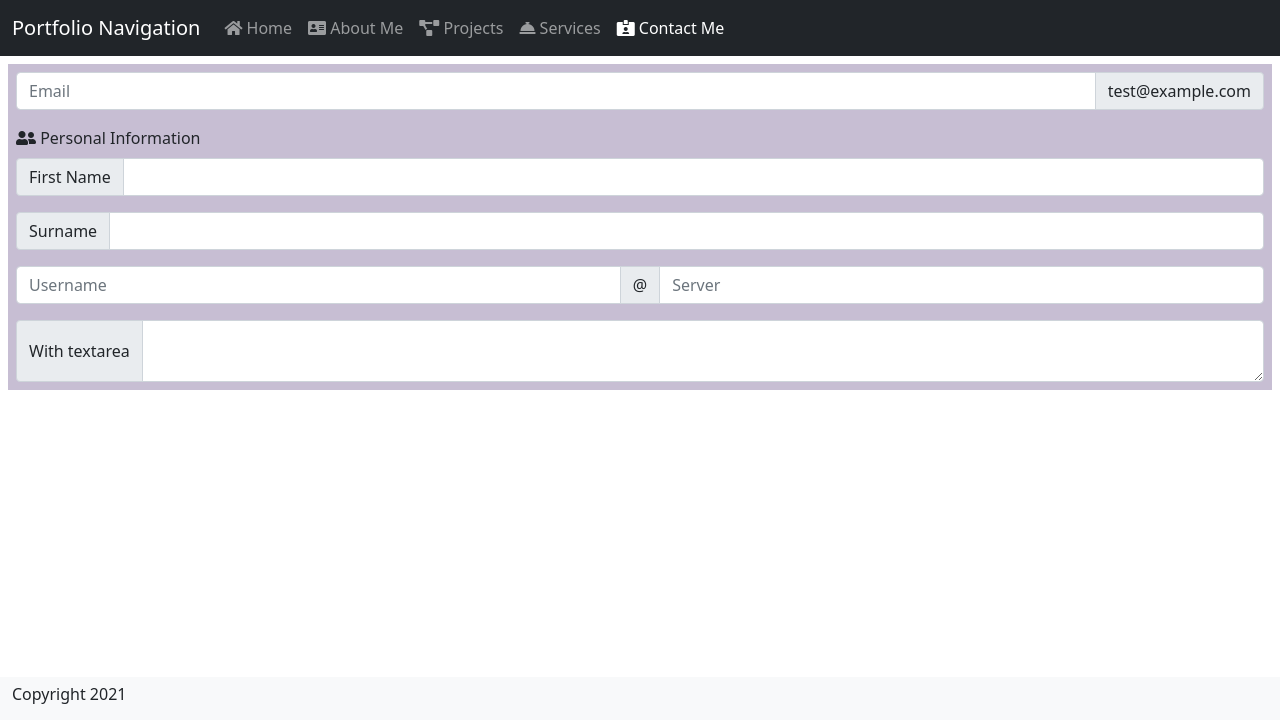
Repository: GarlicButterBoy/Portfolio
Page: contact.html
These files come from the project's save history. The page is drawn as it stood at one moment and after a run of saves; the edit follows.
The browser window is 1280 px wide. The page is 1284 px wide, so the pictures cover 1284 px, including what lies to the right of the window. The pictures show the whole page.

Above is the page before, as saved 2021-06-09 13:03:36.

### contact.html
<!DOCTYPE html>
<html lang="en">
<head>
    <meta charset="UTF-8">
    <meta http-equiv="X-UA-Compatible" content="IE=edge">
    <meta name="viewport" content="width=device-width, initial-scale=1.0">
    <title>Nick Sturch-Flint Portfolio</title>
    <link rel="stylesheet" href="./node_modules/bootstrap/dist/css/bootstrap.min.css">
    <link rel="stylesheet" href="./node_modules/@fortawesome/fontawesome-free/css/all.min.css">
    <link rel="stylesheet" href="./Content/app.css">
</head>
<body>
  <!-- Main Navigation -->
    <nav class="navbar navbar-expand-lg navbar-dark bg-dark">
        <div class="container-fluid">
          <a class="navbar-brand" href="#">Portfolio Navigation</a>
          <button class="navbar-toggler" type="button" data-bs-toggle="collapse" data-bs-target="#navbarNavAltMarkup" aria-controls="navbarNavAltMarkup" aria-expanded="false" aria-label="Toggle navigation">
            <span class="navbar-toggler-icon"></span>
          </button>
          <div class="collapse navbar-collapse" id="navbarNavAltMarkup">
            <div class="navbar-nav ml-auto">
              <a id="home" class="nav-link" aria-current="page" href="index.html"><i class="fas fa-home"></i> Home</a>
              <a id="about" class="nav-link" href="about.html"><i class="fas fa-address-card"></i> About Me</a>
              <a id="projects" class="nav-link" href="projects.html"><i class="fas fa-project-diagram"></i> Projects</a>
              <a id="services" class="nav-link" href="services.html"><i class="fas fa-concierge-bell"></i> Services</a>
              <a id="contact" class="nav-link" href="contact.html"><i class="fas fa-id-card-alt"></i> Contact Me</a>
            </div>
          </div>
        </div>
      </nav>
      <!-- End of Main Navigation -->

      <main class="containrer p-2">
        <div class="row">
          <div class="col">
            <div class="jumbotron p-2" id="contentArea">

              <div class="input-group mb-3">
                <input type="text" class="form-control" placeholder="Email" aria-label="Email" aria-describedby="basic-addon2">
                <span class="input-group-text" id="basic-addon2">test@example.com</span>
              </div>

              <label for="basic-url" class="form-label"><i class="fas fa-user-friends"></i> Personal Information</label>
              <div class="input-group mb-3">
                <span class="input-group-text" id="basic-addon3">First Name</span>
                <input type="text" class="form-control" id="basic-url" aria-describedby="basic-addon3">

              </div>

              <div class="input-group mb-3">
                <span class="input-group-text">Surname</span>
                <input type="text" class="form-control" aria-label="Surname">
              </div>

              <div class="input-group mb-3">
                <input type="text" class="form-control" placeholder="Username" aria-label="Username">
                <span class="input-group-text">@</span>
                <input type="text" class="form-control" placeholder="Server" aria-label="Server">
              </div>

              <div class="input-group">
                <span class="input-group-text">With textarea</span>
                <textarea class="form-control" aria-label="With textarea"></textarea>
              </div>
            </div>
          </div>
        </div>
      </main>


      <footer>
        <nav class="navbar fixed-bottom navbar-light bg-light">
          <div class="container-fluid">
            <h6>Copyright 2021</h6>
          </div>
        </nav>
      </footer>

      <!-- Third Party Libraries -->
      <script src="./node_modules/jquery/dist/jquery.min.js"></script>
      <script src="./node_modules/bootstrap/dist/js/bootstrap.min.js"></script>

      <!-- Third Party Libraries -->
    <script src="./Scripts/app.js"></script>
</body>
</html>

### Content/app.css
.jumbotron {
    background-color: #c7bed3;
  }

### Scripts/app.js
"use strict";

//IIFE - Immediately Invoked Function Expression
// OR - Anonymous Self Executing Function
(function()
{
    //declare function variables here...
    console.log("%cDeclaring Variables", "color:blue");

    /**
     * Variable Initialization in this function
     */
    function Start()
    {
        console.log("%cInitializing Variables", "color:green");

        PageSwitcher();

        Main();
    }

    function PageSwitcher()
    {
        let name = window.location.pathname; //returns full .html page name
        let pageName = name.substring(1, name.length - 5); //returns page name without the first / and the final .html


        switch(pageName)
        {
            case "index":
                DisplayHome();

                break;
            case "about":
                DisplayAbout();
                break;
            case "projects":
                DisplayProjects();
                break;
            case "services":
                DisplayServices();
                break;
            case "contact":
                DisplayContact();
                break;
            default:
                console.error("Page Not Found");
                break;
        }

        $("#"+pageName).addClass("active"); //makes the active page link highlighted
    }

    function DisplayHome()
    {
        document.getElementById("home").className = "nav-link active";
         $("button").on("click", () => {
              location.href = "projects.html";
         });
    }

    function DisplayAbout()
    {

    }

    function DisplayProjects()
    {

    }

    function DisplayServices()
    {

    }

    function DisplayContact()
    {

    }

    /**
     * Main program Entry point is here
     */
    function Main()
    {
        console.log("%cMain Program Starting", "color:orange");

    }

    window.addEventListener("load", Start);
})();

Loaded but not shown: node_modules/bootstrap/dist/css/bootstrap.min.css (library); node_modules/@fortawesome/fontawesome-free/css/all.min.css (library); node_modules/jquery/dist/jquery.min.js (library); node_modules/bootstrap/dist/js/bootstrap.min.js (library)

After the next 2 saves:
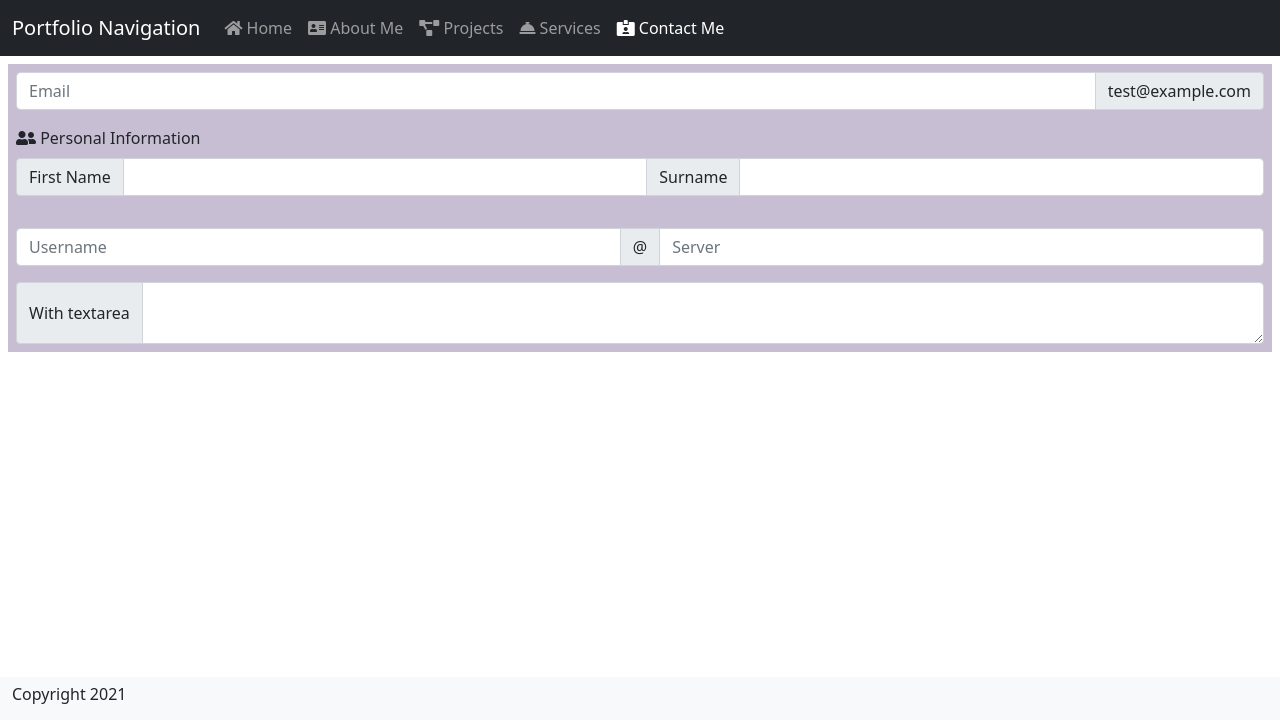
The 2 saves are shown as one change because they came seconds apart.
The last was saved 6 s later.
--- a/contact.html
+++ b/contact.html
@@ -45,11 +45,12 @@
                 <span class="input-group-text" id="basic-addon3">First Name</span>
                 <input type="text" class="form-control" id="basic-url" aria-describedby="basic-addon3">
 
+                <span class="input-group-text">Surname</span>
+                <input type="text" class="form-control" aria-label="Surname">
               </div>
 
               <div class="input-group mb-3">
-                <span class="input-group-text">Surname</span>
-                <input type="text" class="form-control" aria-label="Surname">
+
               </div>
 
               <div class="input-group mb-3">
